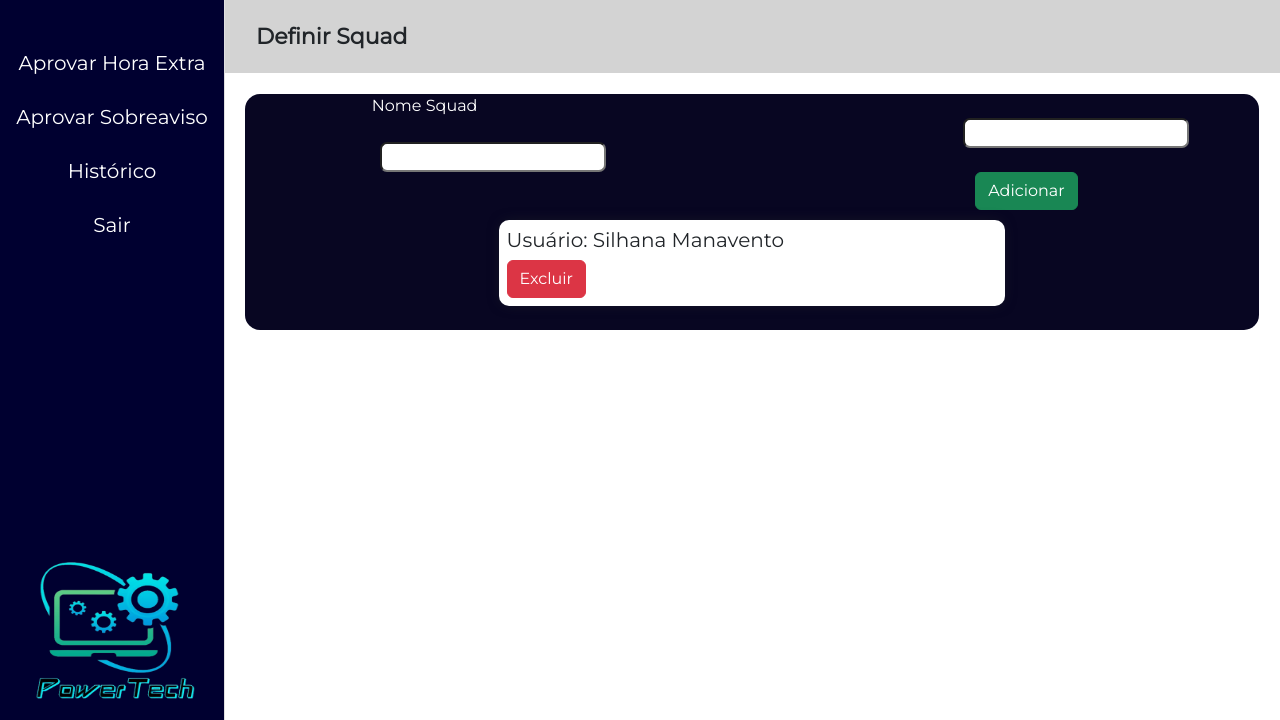
Repository: PowerTech-Fatec/API-2RP-NET
Page: /adm/squad (app in Sprint 3/2rp-web/)
The author's editor kept a copy of each file at every save. The page is drawn from the files as they stood at one save, then again after the next save.
The browser window is 1280 px wide. The pictures show the whole page.
The project was rebuilt for these pictures with package versions that can differ from the ones it lists, and the page was loaded fresh each time. Also part of the build but not shown: Sprint 3/2rp-web/src/pages/login/login.js, Sprint 3/2rp-web/src/pages/home/dashboard.js, Sprint 3/2rp-web/src/pages/home/sobreaviso/sobreaviso.css, Sprint 3/2rp-web/src/pages/home/sobreaviso/sobreaviso.js, Sprint 3/2rp-web/src/pages/home/hora-extra/hora-extra.css, Sprint 3/2rp-web/src/pages/home/hora-extra/hora-extra.js, Sprint 3/2rp-web/src/components/cards/Cards.js, Sprint 3/2rp-web/src/pages/home/gestor/aprovar-hora-extra/gestor.js and 3 more.

Above is the page before, as saved 2022-11-02 16:52:55.

After the next save:
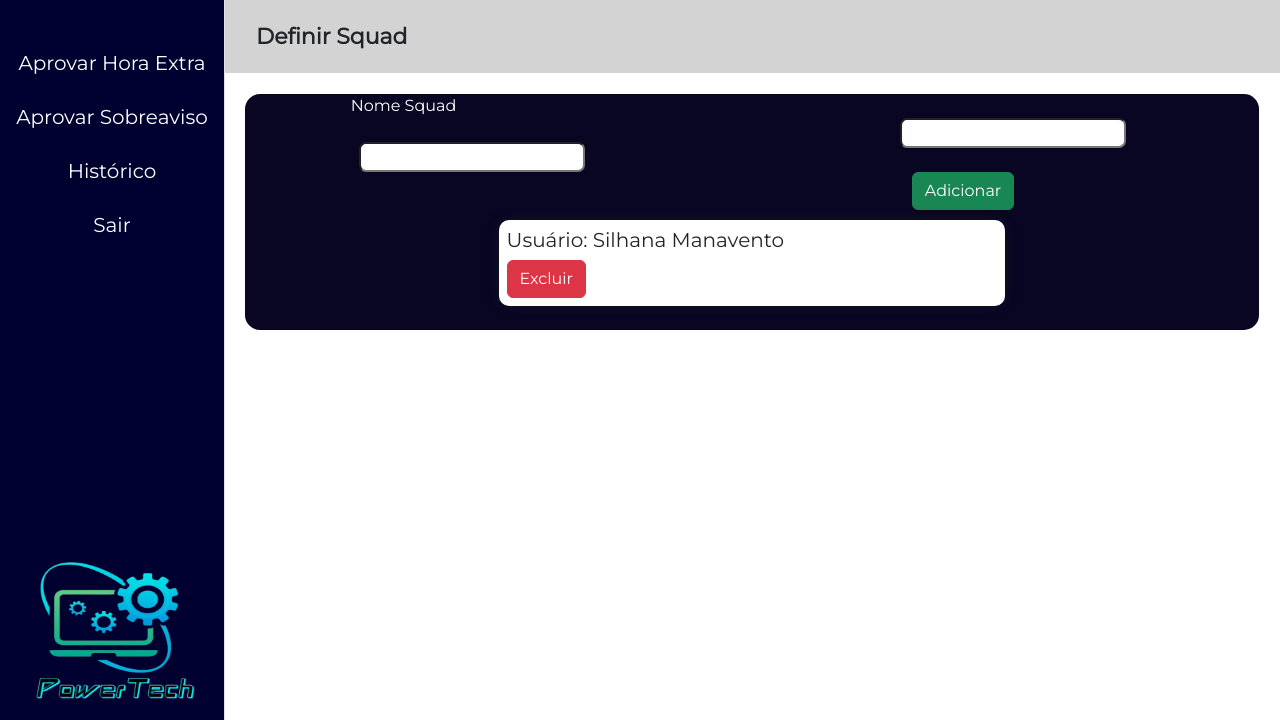
Saved 6 s later.
--- a/Sprint 3/2rp-web/src/pages/home/adm/squad/def-squad.js
+++ b/Sprint 3/2rp-web/src/pages/home/adm/squad/def-squad.js
@@ -25,7 +25,7 @@ function Squad() {
 
 
 
-            <div className="col-2">
+            <div className="col-3">
             <span>
             <input className="squad-name mt-4 mb-4"></input><button type="button" class="btn btn-success ml-3">Adicionar</button>
             </span>
